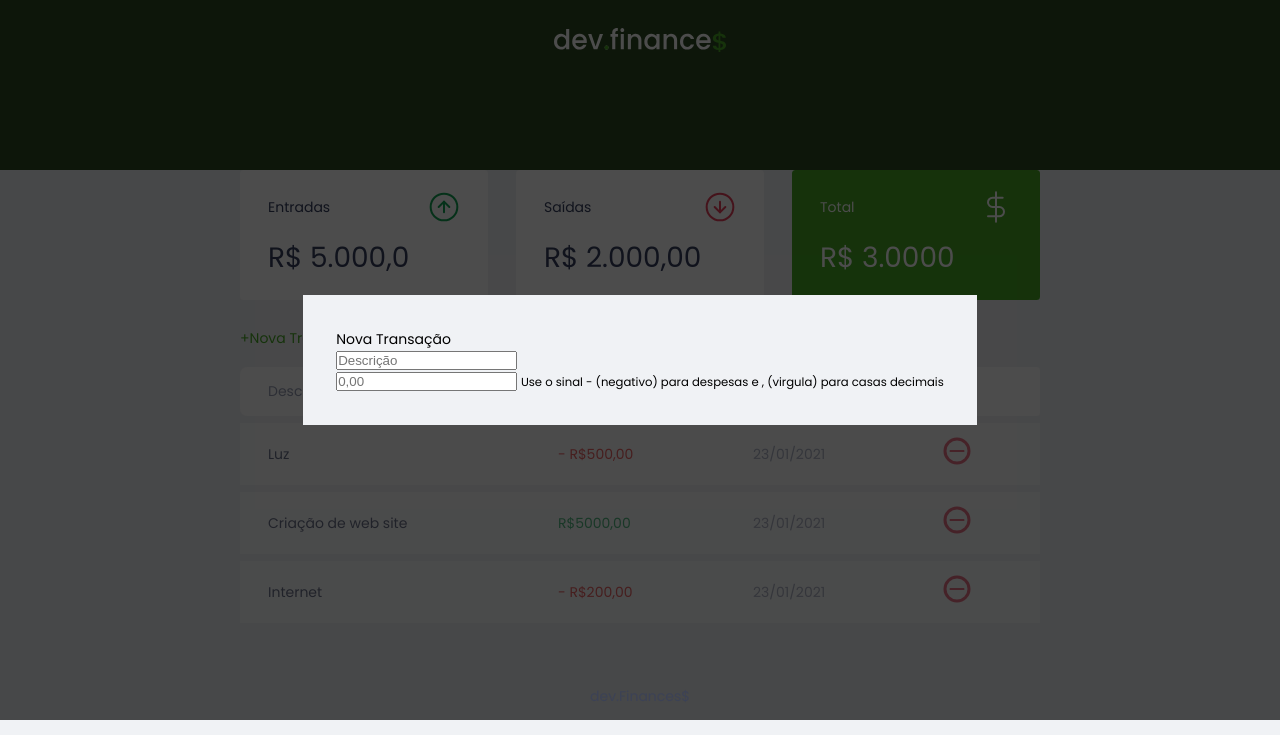
Repository: rafaelmgr12/maratona-dev01
Page: index.html
The author's editor kept a copy of each file at every save. The page is drawn from the files as they stood at one save, then again after the next save.
The browser window is 1280 px wide. The pictures show the whole page.

Above is the page before, as saved 2021-04-28 12:19:55.

After the next save:
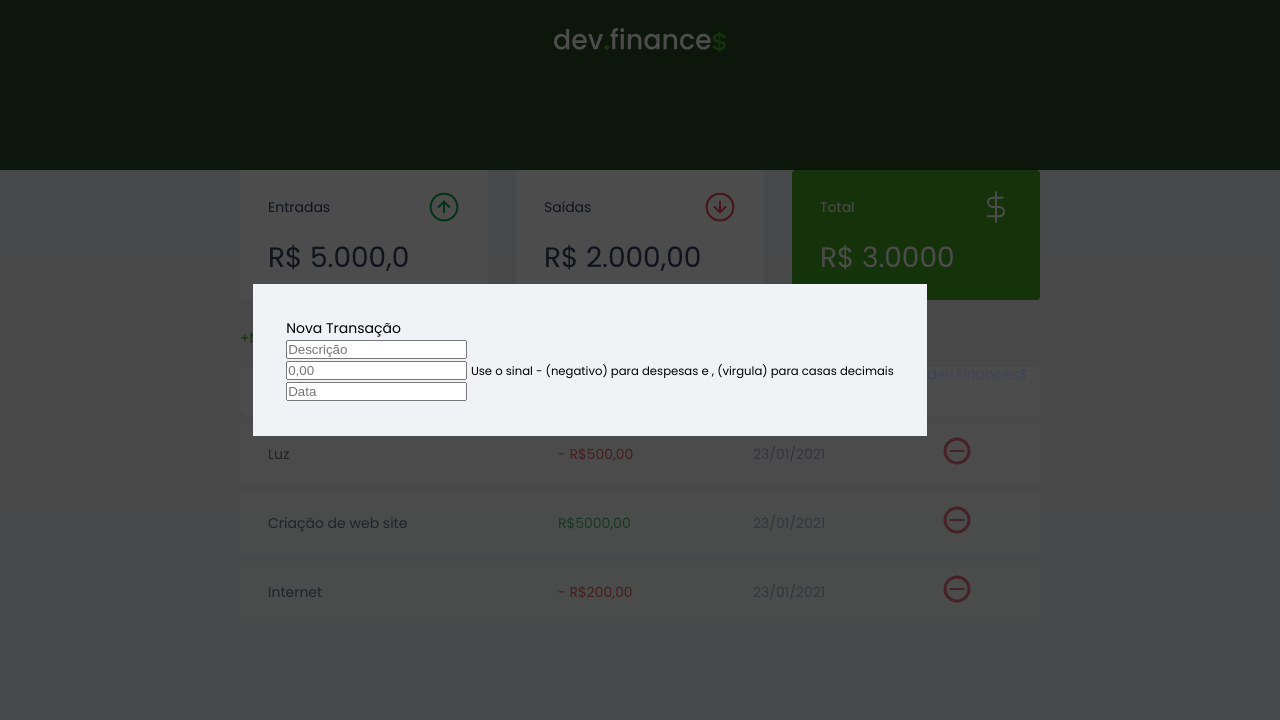
Saved 62 s later.
--- a/index.html
+++ b/index.html
@@ -105,6 +105,15 @@
               Use o sinal - (negativo) para despesas e , (virgula) para casas
               decimais
             </small>
+            <div class="input-group">
+              <label class="sr-only" for="date"> Data </label>
+              <input
+                type="number"
+                step="0.01"
+                id="date"
+                name="date"
+                placeholder="Data"
+              />
           </div>
         </form>
       </div>
